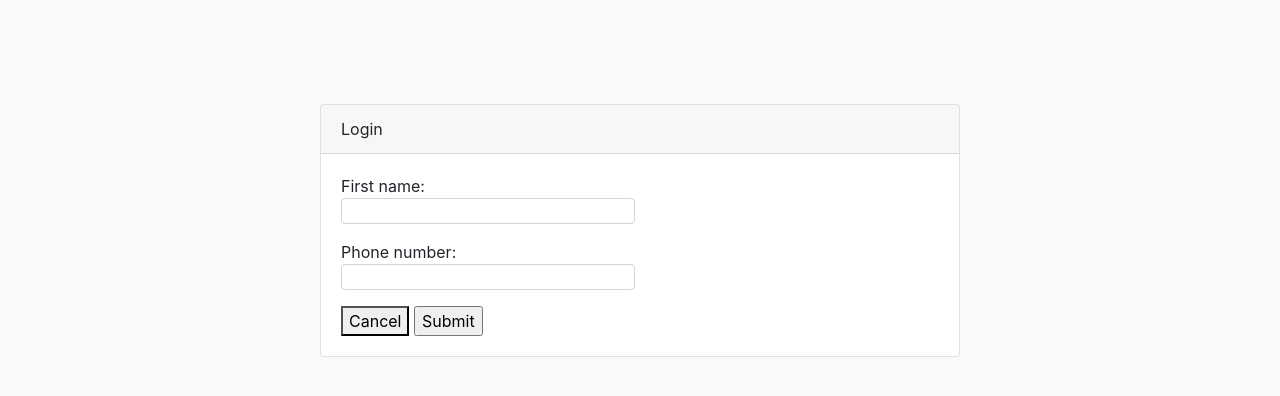
Repository: Map2g/WeFixPOS
Page: pages/login.html
The author's editor kept a record of every edit. The page is drawn from the files as they stood at one moment, then again after the next edit.
The browser window is 1280 px wide. The pictures show the whole page.

Above is the page before.

After the next edit:
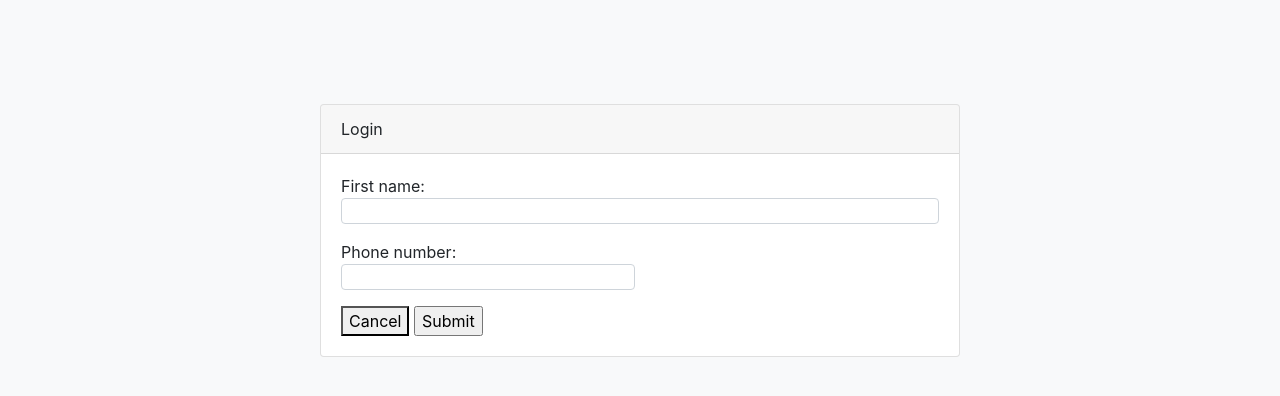
The edit:
--- a/pages/login.html
+++ b/pages/login.html
@@ -28,7 +28,7 @@
 
           <div class="form-group">
             <div class="form-row">
-              <div class="col-md-6">
+              <div class="col-md-12">
                 <div class="form-label-group">
                   First name: <input type="text" name="fname" class="form-control" placeholder="Jack" required="required">
                 </div>
